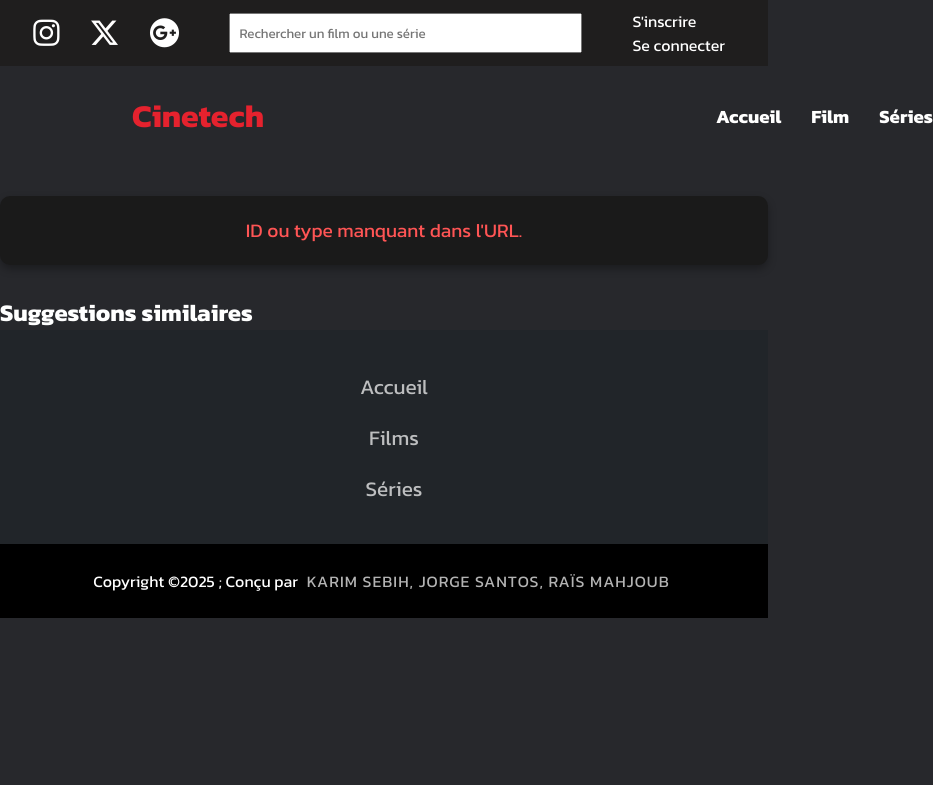
Repository: karim-sebih/cinetech
Page: pages/detail.html
An editor plug-in stored every save of this project. The page is shown before and after a run of saves, followed by the edit.
The browser window is 768 px wide. The page is 933 px wide, so the pictures cover 933 px, including what lies to the right of the window. The pictures show the whole page.
Some web libraries are served in a nearby version.

Above is the page before, as saved 2025-04-24 09:34:38.

### pages/detail.html
<!DOCTYPE html>
<html lang="fr">
<head>
    <meta charset="UTF-8">
    <meta name="viewport" content="width=device-width, initial-scale=1.0">
    <link rel="stylesheet" href="../styles/detail.css">
    <script src="https://kit.fontawesome.com/ca3234fc7d.js" crossorigin="anonymous"></script>
    <link rel="preconnect" href="https://fonts.googleapis.com">
    <link rel="preconnect" href="https://fonts.gstatic.com" crossorigin>
    <link href="https://fonts.googleapis.com/css2?family=Kanit:ital,wght@0,100;0,200;0,300;0,400;0,500;0,600;0,700;0,800;0,900;1,100;1,200;1,300;1,400;1,500;1,600;1,700;1,800;1,900&display=swap" rel="stylesheet">
    <title>Détail</title>
</head>
<body>
    <header>
        <nav class="navbar">
            <div class="buttons">
                <a href="#"><i class="fa-brands fa-instagram"></i></a>
                <a href="#"><i class="fa-brands fa-x-twitter"></i></a>
                <a href="#"><i class="fa-brands fa-google-plus"></i></a>
            </div>
            <div class="search-container">
                <input type="text" id="search-bar" placeholder="Rechercher un film ou une série" autocomplete="off">
                <button id="clear-search">x</button>
                <div id="suggestions" class="suggestion-box"></div>
            </div>
            <div class="sign">
                <a href="#">Se connecter</a>
                <a href="#">S'inscrire</a>
            </div>
        </nav>
    </header>
    <div class="secondnav">
        <div class="cinetech">
            <h1>Cinetech</h1>
        </div>
        <div class="nav">
            <a href="../index.html"><h3>Accueil</h3></a>
            <a href="./film.html"><h3>Film</h3></a>
            <a href="./series.html"><h3>Séries</h3></a>
        </div>
    </div>
    <div class="content">
        <div id="details-container" class="details-container">
            <!-- Les détails seront insérés ici par JavaScript -->
        </div>
        <div id="similar-container" class="similar-container">
            <h2>Suggestions similaires</h2>
            <div id="similar-items" class="similar-items">
                <!-- Les suggestions seront insérées ici par JavaScript -->
            </div>
        </div>
    </div>

    <footer>
        <div class="footerContainer">
            <div class="footerNav">
                <ul>
                    <li><a href="../index.html">Accueil</a></li>
                    <li><a href="./film.html">Films</a></li>
                    <li><a href="./series.html">Séries</a></li>
                </ul>
            </div>
            <div class="footerBottom">
                <p>Copyright ©2025 ; Conçu par <span class="designer">Karim Sebih, Jorge Santos, Raïs Mahjoub</span></p>
            </div>
        </div>
    </footer>

    <script src="../js/api.js" type="module"></script>
    <script src="../js/searchbar.js" type="module"></script>
    <script src="../js/detail.js" type="module"></script>
</body>
</html>

### styles/detail.css
* {
    margin: 0;
    padding: 0;
    box-sizing: border-box;
    font-family: "Kanit", sans-serif;
  }


  a {
    text-decoration: none;
    color: white;

  }

  body {
    margin: 0;
    width: 100%;
    min-height: 100vh;
    overflow-x: auto;
    background-color: rgb(39, 40, 44);
    color: white;
  }
  /* Nav bar */

  a{
    text-decoration: none;
    color: white;
  }

  a:hover{
  color: red;
  }

  header{
  position: relative;
  padding: 0.2rem;
  background-color: rgb(31, 30, 30);
  }

  .navbar {
  margin-left: 10px;
  width: 100%;
  max-width: 1200px;
  height: 60px;
  margin: 0;
  display: flex;
  align-items: center;
  gap: 50px;

  }

.buttons{
  padding-left: 30px;
  display: flex;
  align-items: center;
 justify-content: space-between;
 gap: 30px;
 font-size: 30px;
}


.search-container {
  position: relative;
  width: 70%;
  display: flex;

  align-items: center;
}

#search-bar {
  width: 100%;
  height: 100%;
  padding: 8px;


  padding-right: 30px;
}

#clear-search {
  position: absolute;
  top:5px;
  right: 30px;
  background: transparent;
  border: none;
  font-size: 16px;
  cursor: pointer;
  display: none; /* Caché par défaut */
}

.suggestion-box {
  position: absolute;
  width: 100%;
  background: white;

  max-height: 150px;
  overflow-y: auto;
  z-index: 1000;
  top: 35px;
}

.suggestion-item {
  padding: 8px;
  cursor: pointer;
}

.suggestion-item:hover {
  background: #f0f0f0;
}

#clear-search {
  background: none;
  border: none;
  font-size: 20px;
  color: black; /* X en noir */
  cursor: pointer;
  margin-bottom: 12px;
}


.sign{
  display: flex;
  align-items: center;
 justify-content: space-between;
  flex-wrap:wrap-reverse;
  width: 200px;

  right: 50%;

}

 /*second nav*/

.secondnav{
    width: 100%;
    height: 100px;
    display: flex;
    align-items: center;
    gap: 200px;
    border: 10px;


}

h1 {
  padding-left: 100%;
  color: #e5222e  ;

}

.nav{

  display: flex;
  gap: 30px;
  margin-left: 50%;

}

/* Ajouter ces styles à la fin de detail.css */

/* Conteneur principal des détails */
.details-container {
  max-width: 1200px;
  margin: 30px auto;
  padding: 20px;
  background-color: #1a1a1a;
  border-radius: 10px;
  box-shadow: 0 4px 8px rgba(0, 0, 0, 0.3);
}

/* Contenu des détails (image + texte) */
.details-content {
  display: flex;
  gap: 30px;
  flex-wrap: wrap;
}

/* Affiche */
.details-poster {
  width: 300px;
  height: auto;
  border-radius: 8px;
  object-fit: cover;
}

/* Texte des détails */
.details-text {
  flex: 1;
  display: flex;
  flex-direction: column;
  gap: 15px;
}

.details-text h2 {
  font-size: 2.2em;
  color: #e5222e;
}

.details-text .overview {
  font-size: 1.1em;
  line-height: 1.5;
}

.details-text p {
  font-size: 1em;
}

.details-text strong {
  color: #e5222e;
}

/* Bouton Ajouter aux favoris */
.favorite-btn {
  background-color: #e5222e;
  color: white;
  border: none;
  padding: 10px 20px;
  border-radius: 5px;
  cursor: pointer;
  font-size: 1em;
  transition: background-color 0.3s ease;
  width: fit-content;
}

.favorite-btn:hover {
  background-color: #c41d27;
}

/* Message d'erreur */
.error-message {
  text-align: center;
  font-size: 1.2em;
  color: #ff5555;
}

/* Responsivité */
@media (max-width: 768px) {
  .details-content {
    flex-direction: column;
    align-items: center;
  }

  .details-poster {
    width: 200px;
  }

  .details-text h2 {
    font-size: 1.8em;
  }
}

footer {
    padding: 0;
    margin: 0;
    box-sizing: border-box;
  }

  footer {
    background-color: #111;
  }

  .footerContainer {
    width: 100%;
  padding-top: 1px;
    background-color: #212529;
  }

  .socialIcons {
    display: flex;
    justify-content: center;

  }

  .socialIcons a {
    text-decoration: none;
    padding: 9px;
    background-color: white;
    margin: 10px;
    border-radius: 50%;
  }

  .socialIcons a i {
    font-size: 2em;
    color: black;
    opacity: 0, 9;
  }

  /* Hover affect on social media icon */
  .socialIcons a:hover {
    background-color: #111;
    transition: 0.5s;
  }

  .socialIcons a:hover i {
    color: white;
    transition: 0.5s;
  }

  .footerNav {
    margin: 30px 0;
  }

  .footerNav ul {
    display: flex;
    justify-content: center;
    list-style-type: none;
  }

  .footerNav ul li a {
    color: white;
    margin: 20px;
    text-decoration: none;
    font-size: 1.3em;
    opacity: 0.7;
    transition: 0.5s;

  }

  .footerNav ul li a:hover {
    opacity: 1;
  }

  .footerBottom {
    background-color: #000;
    padding: 25px;
    text-align: center;
  }

  .footerBottom p {
    color: white;
  }


  .designer {
    opacity: 0.7;
    text-transform: uppercase;
    letter-spacing: 1px;
    font-weight: 400;
    margin: 0px 5px;
  }

  @media (max-width:990px) {
    .footerNav ul {
      flex-direction: column;
    }
    .footerNav ul li {
      width: 100%;
      text-align: center;
      margin:10px;
    }


    @media (max-width:599px) {
      .footerNav ul {
        flex-direction: column;
      }
      .footerNav ul li {
        width: 100%;
        text-align: center;
        margin:10px;
      }
    }
  }

### js/api.js
const BASE_URL = 'https://api.themoviedb.org/3';
const IMAGE_BASE_URL = 'https://image.tmdb.org/t/p/';
const BEARER_TOKEN = 'eyJhbGciOiJIUzI1NiJ9.eyJhdWQiOiI4OTY1ZGYzMGQwNDAyOGZiODRmYjFmNTdkMDhjMjBiNiIsIm5iZiI6MTc0NTMwNTMwNS4xNDEsInN1YiI6IjY4MDczZWQ5NDIxYTMwOTc1Y2FhZWRlNyIsInNjb3BlcyI6WyJhcGlfcmVhZCJdLCJ2ZXJzaW9uIjoxfQ.lGYh-UNj4NOcQVPv6fheSInh-0FhPL5bzd-aq9rCHB8';

const options = {
  method: 'GET',
  headers: {
    accept: 'application/json',
    Authorization: `Bearer ${BEARER_TOKEN}`
  }
};

export const imageBaseUrl = IMAGE_BASE_URL;

export async function fetchConfiguration() {
  // Pas besoin de configuration pour TMDb, mais on garde la fonction pour compatibilité
  return Promise.resolve();
}

export async function fetchMovies(page = 1, genreId = null) {
  try {
    let url = `${BASE_URL}/discover/movie?include_adult=false&include_video=false&language=fr-FR&page=${page}&sort_by=popularity.desc`;
    if (genreId) {
      url += `&with_genres=${genreId}`;
    }
    const response = await fetch(url, options);
    if (!response.ok) {
      throw new Error(`Erreur HTTP ! Statut : ${response.status}`);
    }
    const data = await response.json();
    return data.results.map(item => ({
      id: item.id,
      title: item.title,
      poster_path: item.poster_path ? `${IMAGE_BASE_URL}w200${item.poster_path}` : 'default.jpg',
      overview: item.overview
    }));
  } catch (error) {
    console.error('Erreur lors de la récupération des films :', error);
    return [];
  }
}

export async function fetchSeries(page = 1, genreId = null) {
  try {
    let url = `${BASE_URL}/discover/tv?include_adult=false&include_null_first_air_dates=false&language=fr-FR&page=${page}&sort_by=popularity.desc`;
    if (genreId) {
      url += `&with_genres=${genreId}`;
    }
    const response = await fetch(url, options);
    if (!response.ok) {
      throw new Error(`Erreur HTTP ! Statut : ${response.status}`);
    }
    const data = await response.json();
    return data.results.map(item => ({
      id: item.id,
      name: item.name,
      poster_path: item.poster_path ? `${IMAGE_BASE_URL}w200${item.poster_path}` : 'default.jpg',
      overview: item.overview
    }));
  } catch (error) {
    console.error('Erreur lors de la récupération des séries :', error);
    return [];
  }
}

export async function searchMoviesAndSeries(query) {
  try {
    const url = `${BASE_URL}/search/multi?language=fr-FR&query=${encodeURIComponent(query)}&include_adult=false`;
    const response = await fetch(url, options);
    if (!response.ok) {
      throw new Error(`Erreur HTTP ! Statut : ${response.status}`);
    }
    const data = await response.json();
    return data.results
      .filter(item => item.media_type === 'movie' || item.media_type === 'tv')
      .map(item => ({
        id: item.id,
        title: item.title || item.name,
        poster_path: item.poster_path ? `${IMAGE_BASE_URL}w200${item.poster_path}` : 'default.jpg',
        overview: item.overview,
        media_type: item.media_type
      }));
  } catch (error) {
    console.error('Erreur lors de la recherche :', error);
    return [];
  }
}

### js/searchbar.js
import { searchMoviesAndSeries } from './api.js';

document.addEventListener("DOMContentLoaded", function () {
  const searchBar = document.getElementById('search-bar');
  const clearSearch = document.getElementById('clear-search');
  const suggestionsBox = document.getElementById('suggestions');

  if (!searchBar || !clearSearch || !suggestionsBox) {
    console.error("Éléments de la barre de recherche introuvables dans le DOM");
    return;
  }

  searchBar.addEventListener('input', async (e) => {
    const query = e.target.value.trim();
    if (query.length < 2) {
      suggestionsBox.innerHTML = '';
      clearSearch.style.display = 'none';
      return;
    }

    clearSearch.style.display = 'block';

    try {
      const results = await searchMoviesAndSeries(query);
      suggestionsBox.innerHTML = '';

      if (results.length === 0) {
        suggestionsBox.innerHTML = '<div class="suggestion-item">Aucun résultat trouvé</div>';
        return;
      }

      results.forEach(item => {
        const suggestionItem = document.createElement('div');
        suggestionItem.className = 'suggestion-item';
        suggestionItem.textContent = item.title;
        suggestionItem.addEventListener('click', () => {
          window.location.href = `./pages/detail.html?id=${item.id}&type=${item.media_type}`;
        });
        suggestionsBox.appendChild(suggestionItem);
      });
    } catch (error) {
      console.error('Erreur lors de la recherche :', error);
      suggestionsBox.innerHTML = '<div class="suggestion-item">Erreur lors de la recherche</div>';
    }
  });

  clearSearch.addEventListener('click', () => {
    searchBar.value = '';
    suggestionsBox.innerHTML = '';
    clearSearch.style.display = 'none';
  });
});

### js/detail.js
import { imageBaseUrl } from './api.js';

const BEARER_TOKEN = 'eyJhbGciOiJIUzI1NiJ9.eyJhdWQiOiI4OTY1ZGYzMGQwNDAyOGZiODRmYjFmNTdkMDhjMjBiNiIsIm5iZiI6MTc0NTMwNTMwNS4xNDEsInN1YiI6IjY4MDczZWQ5NDIxYTMwOTc1Y2FhZWRlNyIsInNjb3BlcyI6WyJhcGlfcmVhZCJdLCJ2ZXJzaW9uIjoxfQ.lGYh-UNj4NOcQVPv6fheSInh-0FhPL5bzd-aq9rCHB8';

const options = {
  method: 'GET',
  headers: {
    accept: 'application/json',
    Authorization: `Bearer ${BEARER_TOKEN}`
  }
};

document.addEventListener('DOMContentLoaded', async () => {
  // Récupérer les paramètres de l'URL (id et type)
  const urlParams = new URLSearchParams(window.location.search);
  const id = urlParams.get('id');
  const type = urlParams.get('type'); // 'movie' ou 'tv'

  if (!id || !type) {
    displayError('ID ou type manquant dans l\'URL.');
    return;
  }

  try {
    // Déterminer l'endpoint en fonction du type (film ou série)
    const endpoint = type === 'movie'
      ? `https://api.themoviedb.org/3/movie/${id}?append_to_response=credits&language=fr-FR`
      : `https://api.themoviedb.org/3/tv/${id}?append_to_response=credits&language=fr-FR`;

    // Récupérer les détails
    const response = await fetch(endpoint, options);
    if (!response.ok) {
      throw new Error(`Erreur HTTP ! Statut : ${response.status}`);
    }
    const data = await response.json();

    // Afficher les détails
    displayDetails(data, type);

    // Récupérer et afficher les suggestions similaires
    await fetchAndDisplaySimilar(id, type);
  } catch (error) {
    console.error('Erreur lors de la récupération des détails :', error);
    displayError('Impossible de charger les détails. Veuillez réessayer plus tard.');
  }
});

function displayDetails(data, type) {
  const container = document.getElementById('details-container');
  if (!container) {
    console.error('Conteneur de détails introuvable.');
    return;
  }

  // Préparer les données à afficher
  const title = type === 'movie' ? data.title : data.name;
  const releaseDate = type === 'movie' ? data.release_date : data.first_air_date;
  const director = type === 'movie'
    ? (data.credits?.crew?.find(crew => crew.job === 'Director')?.name || 'N/A')
    : (data.created_by?.map(creator => creator.name).join(', ') || 'N/A');
  const directorLabel = type === 'movie' ? 'Réalisateur' : 'Créateur(s)';
  const genres = data.genres?.map(genre => genre.name).join(', ') || 'N/A';
  const countries = data.production_countries?.map(country => country.name).join(', ') || 'N/A';
  const imageSrc = data.poster_path ? `${imageBaseUrl}w500${data.poster_path}` : 'default.jpg';

  // Construire le HTML pour les détails
  container.innerHTML = `
    <div class="details-content">
      <img src="${imageSrc}" alt="${title}" class="details-poster">
      <div class="details-text">
        <h2>${title}</h2>
        <p class="overview">${data.overview || 'Synopsis non disponible.'}</p>
        <p><strong>Note :</strong> ${data.vote_average?.toFixed(1) || 'N/A'} / 10</p>
        <p><strong>Genre :</strong> ${genres}</p>
        <p><strong>${directorLabel} :</strong> ${director}</p>
        <p><strong>Date de sortie :</strong> ${releaseDate || 'N/A'}</p>
        <p><strong>Langue :</strong> ${data.original_language?.toUpperCase() || 'N/A'}</p>
        <p><strong>Pays :</strong> ${countries}</p>
        <button id="add-to-favorites" class Rosé (2019) on-premise only - 750ml
        <button id="add-to-favorites" class="favorite-btn">Ajouter aux favoris</button>
      </div>
    </div>
  `;

  // Ajouter un événement pour le bouton "Ajouter aux favoris"
  const favoriteBtn = document.getElementById('add-to-favorites');
  favoriteBtn.addEventListener('click', () => {
    addToFavorites({ id: data.id, title, type, poster_path: data.poster_path });
  });
}

async function fetchAndDisplaySimilar(id, type) {
  try {
    // Déterminer l'endpoint pour les suggestions similaires
    const similarEndpoint = type === 'movie'
      ? `https://api.themoviedb.org/3/movie/${id}/similar?language=fr-FR&page=1`
      : `https://api.themoviedb.org/3/tv/${id}/similar?language=fr-FR&page=1`;

    // Récupérer les suggestions similaires
    const response = await fetch(similarEndpoint, options);
    if (!response.ok) {
      throw new Error(`Erreur HTTP ! Statut : ${response.status}`);
    }
    const similarData = await response.json();
    const similarItems = similarData.results.slice(0, 5); // Limiter à 5 suggestions

    // Afficher les suggestions
    displaySimilarItems(similarItems, type);
  } catch (error) {
    console.error('Erreur lors de la récupération des suggestions similaires :', error);
    const similarContainer = document.getElementById('similar-items');
    if (similarContainer) {
      similarContainer.innerHTML = `<p class="error-message">Impossible de charger les suggestions similaires.</p>`;
    }
  }
}

function displaySimilarItems(items, type) {
  const container = document.getElementById('similar-items');
  if (!container) {
    console.error('Conteneur de suggestions similaires introuvable.');
    return;
  }

  container.innerHTML = ''; // Vider le conteneur

  items.forEach(item => {
    const itemElement = document.createElement('div');
    itemElement.className = 'similar-item';
    const imageSrc = item.poster_path ? `${imageBaseUrl}w200${item.poster_path}` : 'default.jpg';
    const title = type === 'movie' ? item.title : item.name;
    itemElement.innerHTML = `
      <img src="${imageSrc}" alt="${title}" class="similar-poster">
      <h3>${title}</h3>
      <button class="details-btn" data-id="${item.id}" data-type="${type}">Voir Détails</button>
    `;
    container.appendChild(itemElement);
  });

  // Ajouter des écouteurs d'événements pour les boutons "Voir Détails"
  container.querySelectorAll('.details-btn').forEach(button => {
    button.addEventListener('click', () => {
      const id = button.dataset.id;
      const newType = button.dataset.type;
      window.location.href = `./detail.html?id=${id}&type=${newType}`;
    });
  });
}

function displayError(message) {
  const container = document.getElementById('details-container');
  if (container) {
    container.innerHTML = `<p class="error-message">${message}</p>`;
  }
}

function addToFavorites(item) {
  // Récupérer les favoris existants dans localStorage
  const favorites = JSON.parse(localStorage.getItem('favorites')) || [];

  // Vérifier si l'élément est déjà dans les favoris
  const exists = favorites.some(fav => fav.id === item.id && fav.type === item.type);
  if (exists) {
    alert('Cet élément est déjà dans vos favoris !');
    return;
  }

  // Ajouter l'élément aux favoris
  favorites.push(item);
  localStorage.setItem('favorites', JSON.stringify(favorites));
  alert(`${item.title} a été ajouté aux favoris !`);
}

After the next 2 saves:
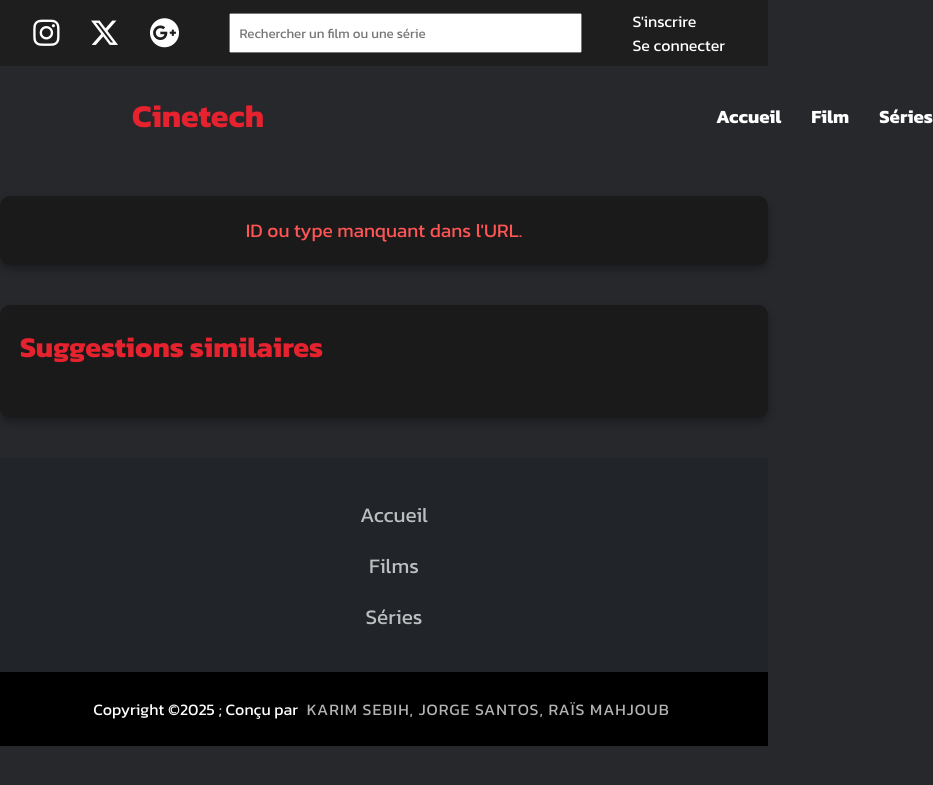
The 2 saves are shown as one change because they came seconds apart.
The last was saved 20 s later.
--- a/styles/detail.css
+++ b/styles/detail.css
@@ -248,6 +248,90 @@ h1 {
   }
 }
 
+/* Ajouter ces styles à la fin de detail.css */
+
+/* Conteneur des suggestions similaires */
+.similar-container {
+  max-width: 1200px;
+  margin: 40px auto;
+  padding: 20px;
+  background-color: #1a1a1a;
+  border-radius: 10px;
+  box-shadow: 0 4px 8px rgba(0, 0, 0, 0.3);
+}
+
+.similar-container h2 {
+  font-size: 1.8em;
+  color: #e5222e;
+  margin-bottom: 20px;
+}
+
+/* Conteneur des éléments similaires */
+.similar-items {
+  display: flex;
+  gap: 20px;
+  overflow-x: auto;
+  padding-bottom: 10px;
+}
+
+/* Élément individuel de suggestion */
+.similar-item {
+  flex: 0 0 auto;
+  width: 200px;
+  text-align: center;
+}
+
+.similar-poster {
+  width: 100%;
+  height: auto;
+  border-radius: 8px;
+  margin-bottom: 10px;
+}
+
+.similar-item h3 {
+  font-size: 1.1em;
+  margin-bottom: 10px;
+  color: white;
+  white-space: nowrap;
+  overflow: hidden;
+  text-overflow: ellipsis;
+}
+
+/* Bouton "Voir Détails" */
+.similar-item .details-btn {
+  background-color: #e5222e;
+  color: white;
+  border: none;
+  padding: 8px 16px;
+  border-radius: 5px;
+  cursor: pointer;
+  font-size: 0.9em;
+  transition: background-color 0.3s ease;
+}
+
+.similar-item .details-btn:hover {
+  background-color: #c41d27;
+}
+
+/* Responsivité */
+@media (max-width: 768px) {
+  .similar-items {
+    gap: 15px;
+  }
+
+  .similar-item {
+    width: 150px;
+  }
+
+  .similar-item h3 {
+    font-size: 0.9em;
+  }
+
+  .similar-item .details-btn {
+    padding: 6px 12px;
+    font-size: 0.8em;
+  }
+}
 footer {
     padding: 0;
     margin: 0;
